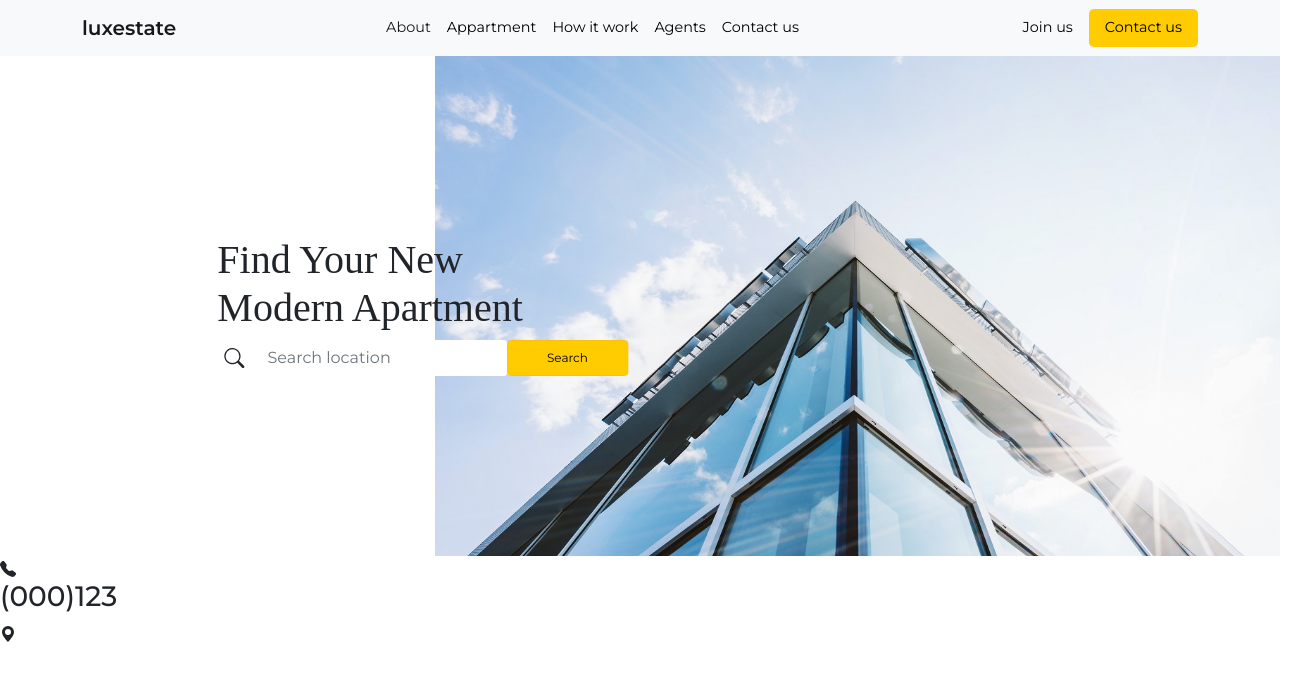
Repository: Toqa-25/luxstate
Page: index.html
The author's editor kept a copy of each file at every save. The page is drawn from the files as they stood at one save, then again after the next save.
The browser window is 1280 px wide. The page is 1292 px wide, so the pictures cover 1292 px, including what lies to the right of the window. The pictures show the whole page.

Above is the page before, as saved 2021-06-07 23:33:48.

After the next save:
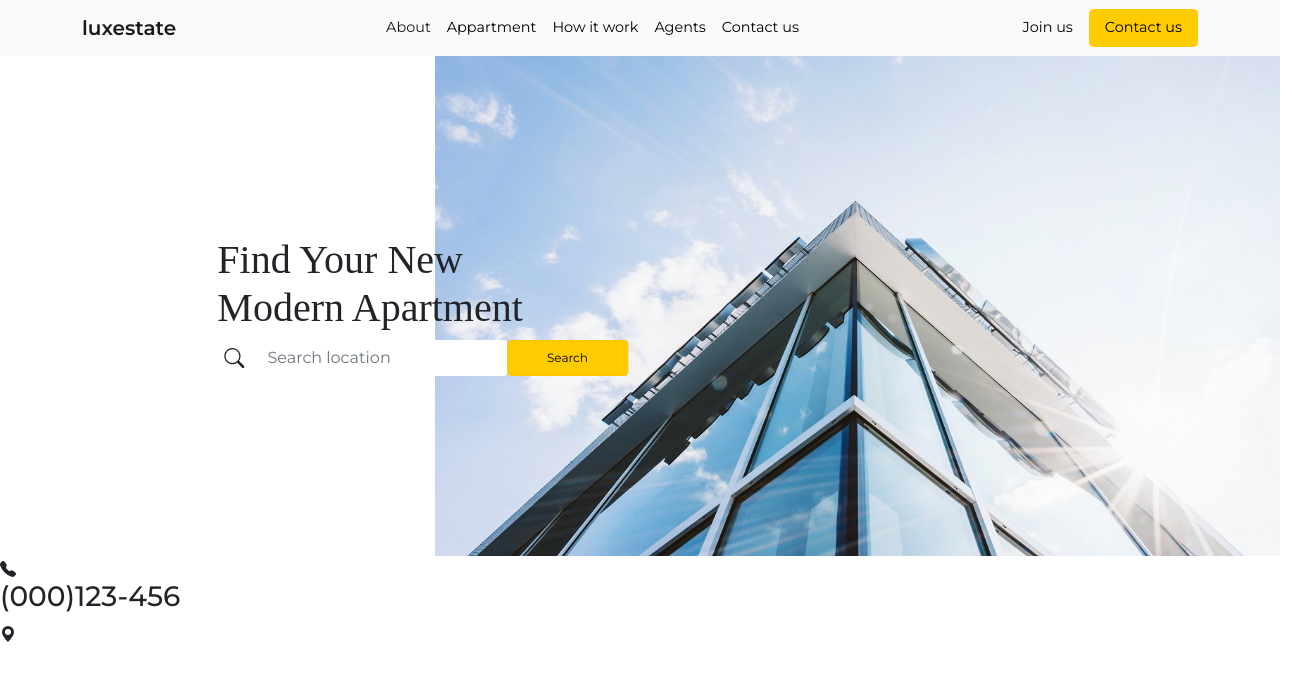
Saved 5 s later.
--- a/index.html
+++ b/index.html
@@ -64,7 +64,7 @@
           <svg xmlns="http://www.w3.org/2000/svg" width="16" height="16" fill="currentColor" class="bi bi-telephone-fill" viewBox="0 0 16 16">
             <path fill-rule="evenodd" d="M1.885.511a1.745 1.745 0 0 1 2.61.163L6.29 2.98c.329.423.445.974.315 1.494l-.547 2.19a.678.678 0 0 0 .178.643l2.457 2.457a.678.678 0 0 0 .644.178l2.189-.547a1.745 1.745 0 0 1 1.494.315l2.306 1.794c.829.645.905 1.87.163 2.611l-1.034 1.034c-.74.74-1.846 1.065-2.877.702a18.634 18.634 0 0 1-7.01-4.42 18.634 18.634 0 0 1-4.42-7.009c-.362-1.03-.037-2.137.703-2.877L1.885.511z"/>
           </svg>
-          <h3>(000)123</h3>
+          <h3>(000)123-456</h3>
           <svg xmlns="http://www.w3.org/2000/svg" width="16" height="16" fill="currentColor" class="bi bi-geo-alt-fill" viewBox="0 0 16 16">
             <path d="M8 16s6-5.686 6-10A6 6 0 0 0 2 6c0 4.314 6 10 6 10zm0-7a3 3 0 1 1 0-6 3 3 0 0 1 0 6z"/>
           </svg>
